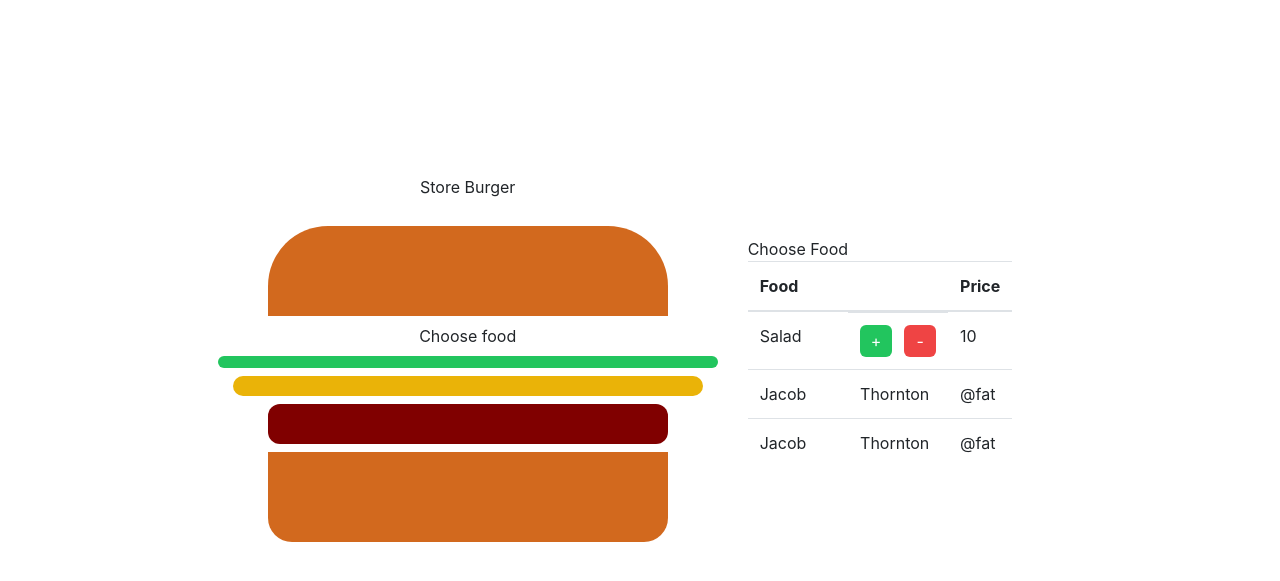
Repository: baobaodeveloper/bootcamp21_HuynhAnhBao_Burger
Page: /
These files come from the project's save history. The page is drawn as it stood at one moment and after the next save; the edit follows.
The browser window is 1280 px wide. The pictures show the whole page.
The project was rebuilt for these pictures with package versions that can differ from the ones it lists, and the page was loaded fresh each time. Also part of the build but not shown: vite.config.js.

Above is the page before, as saved 2022-05-15 17:15:42.

### index.html
<!DOCTYPE html>
<html lang="en">
  <head>
    <title>Title</title>
    <!-- Required meta tags -->
    <meta charset="utf-8" />
    <meta
      name="viewport"
      content="width=device-width, initial-scale=1, shrink-to-fit=no"
    />

    <!-- Bootstrap CSS -->
    <link
      rel="stylesheet"
      href="https://stackpath.bootstrapcdn.com/bootstrap/4.3.1/css/bootstrap.min.css"
      integrity="sha384-ggOyR0iXCbMQv3Xipma34MD+dH/1fQ784/j6cY/iJTQUOhcWr7x9JvoRxT2MZw1T"
      crossorigin="anonymous"
    />
  </head>
  <body>
    <div id="root"></div>
    <!-- Optional JavaScript -->
    <!-- jQuery first, then Popper.js, then Bootstrap JS -->
    <script
      src="https://code.jquery.com/jquery-3.3.1.slim.min.js"
      integrity="sha384-q8i/X+965DzO0rT7abK41JStQIAqVgRVzpbzo5smXKp4YfRvH+8abtTE1Pi6jizo"
      crossorigin="anonymous"
    ></script>
    <script
      src="https://cdnjs.cloudflare.com/ajax/libs/popper.js/1.14.7/umd/popper.min.js"
      integrity="sha384-UO2eT0CpHqdSJQ6hJty5KVphtPhzWj9WO1clHTMGa3JDZwrnQq4sF86dIHNDz0W1"
      crossorigin="anonymous"
    ></script>
    <script
      src="https://stackpath.bootstrapcdn.com/bootstrap/4.3.1/js/bootstrap.min.js"
      integrity="sha384-JjSmVgyd0p3pXB1rRibZUAYoIIy6OrQ6VrjIEaFf/nJGzIxFDsf4x0xIM+B07jRM"
      crossorigin="anonymous"
    ></script>

    <script type="module" src="/src/main.jsx"></script>
  </body>
</html>

### src/App.jsx
import Burger from "./components/Burger";

function App() {
  return <Burger></Burger>;
}

export default App;

### src/components/Burger.jsx
import React from "react";

export default function Burger() {
  return (
    <div>
      <div className="flex items-center gap-x-20  w-screen h-screen mx-auto justify-center">
        <div className="flex flex-col justify-center items-center gap-y-2 w-[400px]">
          <h2 className="mb-20">Store Burger</h2>
          <div className="bg-[#D2691E] w-full h-[30px] relative">
            <div className="bg-[#D2691E] w-full h-[60px] absolute top-0 left-0 -translate-y-[60px] rounded-tl-full rounded-tr-full"></div>
          </div>
          <p>Choose food</p>
          {/* loop here */}
          <div className="h-3 bg-green-500 w-[500px] rounded-full"></div>
          <div className="h-5 bg-yellow-500 w-[470px] rounded-full"></div>
          <div className="h-10 bg-[#800000] w-[400px] rounded-xl"></div>

          <div className="w-full bg-[#D2691E] h-[90px] rounded-br-3xl rounded-bl-3xl"></div>
        </div>

        <div className="">
          <table class="table">
            <thead>
              <tr>Choose Food</tr>
              <tr>
                <th scope="col">Food</th>
                <th scope="col"></th>
                <th scope="col">Price</th>
              </tr>
            </thead>
            <tbody>
              <tr>
                <td>Salad</td>
                <td className="flex items-center gap-x-3">
                  <button className="w-8 h-8 flex items-center justify-center text-white leading-none rounded-md bg-green-500">
                    +
                  </button>
                  <button className="w-8 h-8 flex items-center justify-center text-white leading-none rounded-md bg-red-500">
                    -
                  </button>
                </td>
                <td>10</td>
              </tr>
              <tr>
                <td>Jacob</td>
                <td>Thornton</td>
                <td>@fat</td>
              </tr>
              <tr>
                <td>Jacob</td>
                <td>Thornton</td>
                <td>@fat</td>
              </tr>
            </tbody>
          </table>
        </div>
      </div>
    </div>
  );
}

Loaded but not shown: src/main.jsx (common file); src/index.scss (common file); tailwind.config.js (common file)

After the next save:
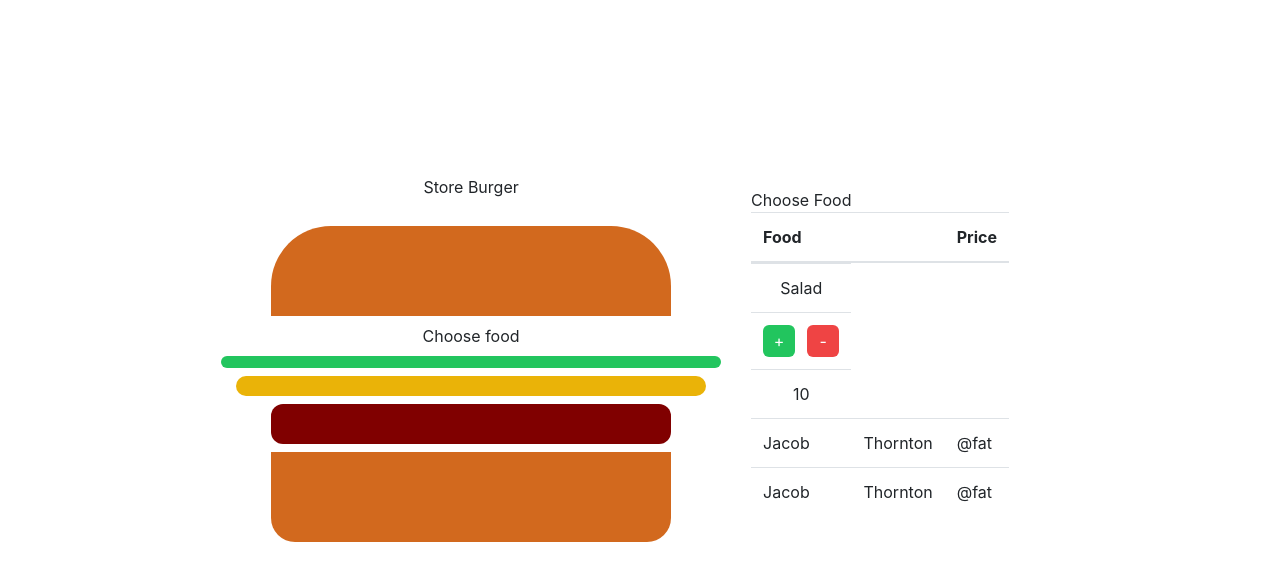
Saved 94 s later.
--- a/src/components/Burger.jsx
+++ b/src/components/Burger.jsx
@@ -30,7 +30,7 @@
             </thead>
             <tbody>
               <tr>
-                <td>Salad</td>
+                <td className="flex items-center justify-center">Salad</td>
                 <td className="flex items-center gap-x-3">
                   <button className="w-8 h-8 flex items-center justify-center text-white leading-none rounded-md bg-green-500">
                     +
@@ -39,7 +39,7 @@
                     -
                   </button>
                 </td>
-                <td>10</td>
+                <td className="flex items-center justify-center">10</td>
               </tr>
               <tr>
                 <td>Jacob</td>

After the save that followed:
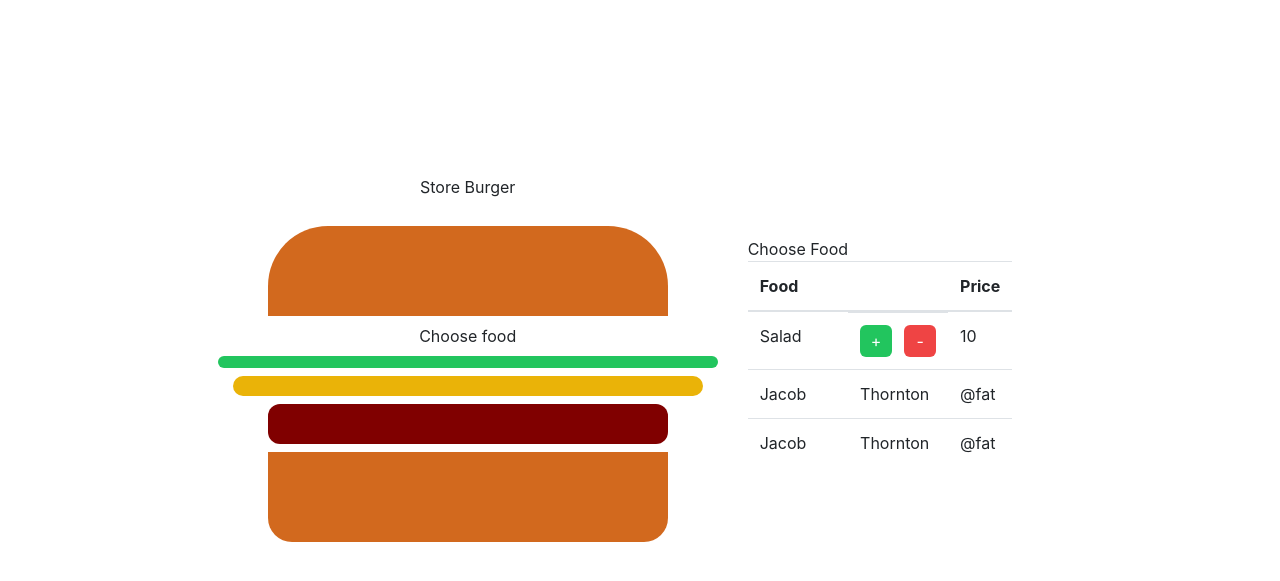
Saved 38 s later.
--- a/src/components/Burger.jsx
+++ b/src/components/Burger.jsx
@@ -30,7 +30,7 @@
             </thead>
             <tbody>
               <tr>
-                <td className="flex items-center justify-center">Salad</td>
+                <td>Salad</td>
                 <td className="flex items-center gap-x-3">
                   <button className="w-8 h-8 flex items-center justify-center text-white leading-none rounded-md bg-green-500">
                     +
@@ -39,7 +39,7 @@
                     -
                   </button>
                 </td>
-                <td className="flex items-center justify-center">10</td>
+                <td>10</td>
               </tr>
               <tr>
                 <td>Jacob</td>
